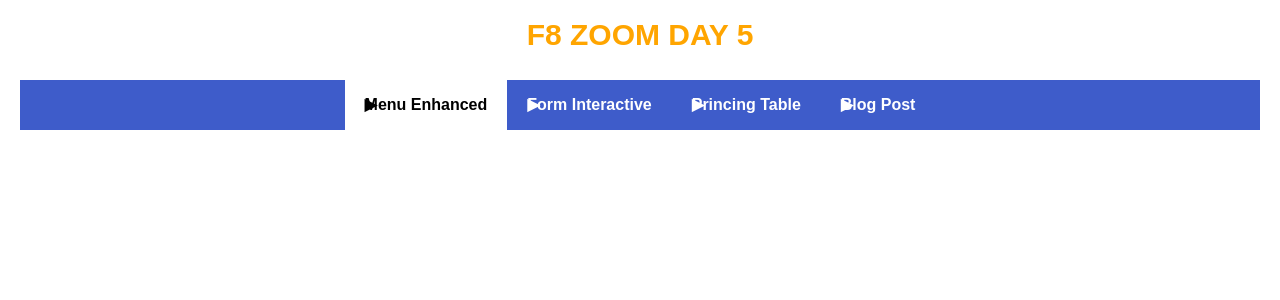
Repository: lannguyen1301/f8-zoom-day-5
Page: index.html
These files come from the project's save history. The page is drawn as it stood at one moment and after the next save; the edit follows.
The browser window is 1280 px wide. The pictures show the whole page.

Above is the page before, as saved 2025-04-21 20:12:25.

After the next save:
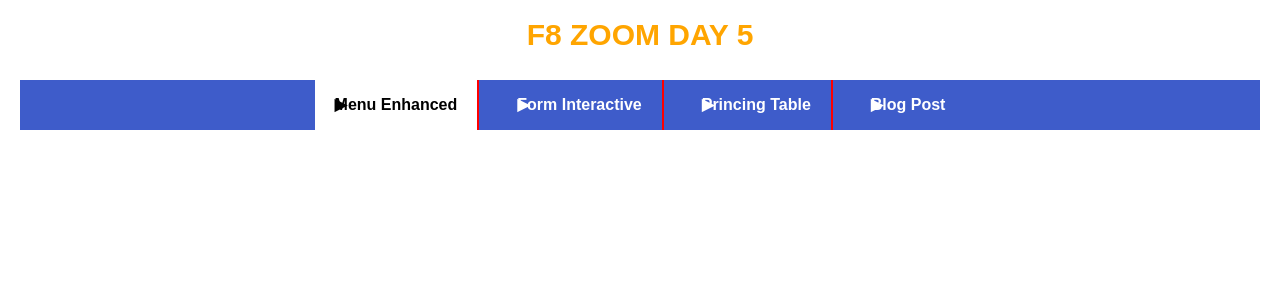
Saved 17 s later.
--- a/assets/css/style.css
+++ b/assets/css/style.css
@@ -64,6 +64,11 @@
     background-color: orange !important;
 }
 
+.navbar__list .navbar__item:not(:last-child) {
+    margin-right: 20px;
+    /* padding-right: 20px; */
+}
+
 .navbar__list .navbar__item .navbar__link:before {
     content: "\25B6";
     position: absolute;
@@ -73,6 +78,7 @@
     line-height: 50px;
     text-align: center;
     /* background-color: red; */
+}
 
 .navbar__list .navbar__item:not(:last-child)::after {
     content: "";

After the save that followed:
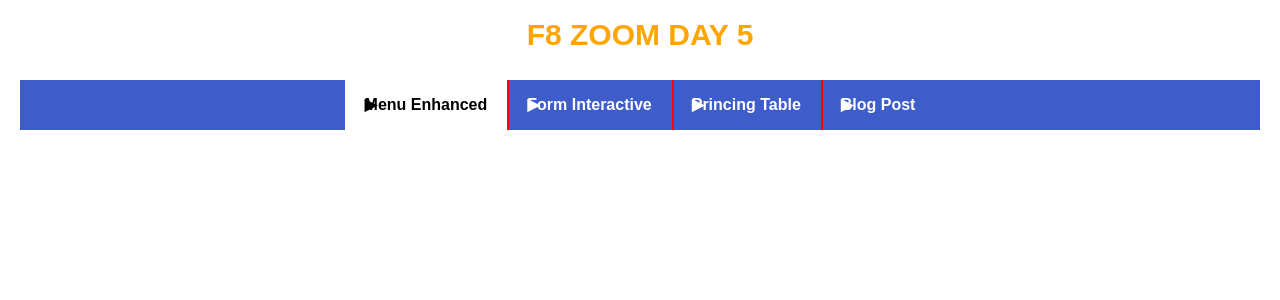
Saved 5 s later.
--- a/assets/css/style.css
+++ b/assets/css/style.css
@@ -64,11 +64,6 @@
     background-color: orange !important;
 }
 
-.navbar__list .navbar__item:not(:last-child) {
-    margin-right: 20px;
-    /* padding-right: 20px; */
-}
-
 .navbar__list .navbar__item .navbar__link:before {
     content: "\25B6";
     position: absolute;
